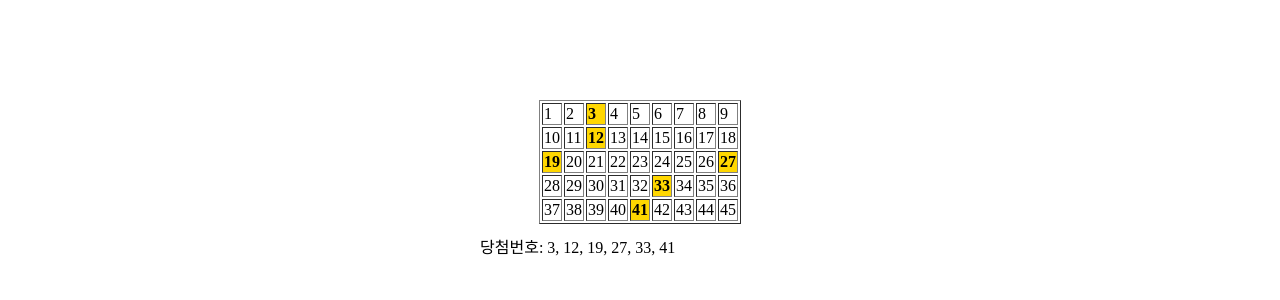
Repository: kkw3202/Jsp2026
Page: http://localhost/chapter01/example_lotto.jsp
An editor plug-in stored every save of this project. The page is shown before and after the next save, followed by the edit.
The browser window is 1280 px wide. The pictures show the whole page.
The page is served by Tomcat 9.

Above is the page before, as saved 2026-10-16 06:36:09.

### chapter01/src/main/webapp/example_lotto.jsp
<%@ page language="java" contentType="text/html; charset=UTF-8"
    pageEncoding="UTF-8" import="java.util.*"%>
<!DOCTYPE html>
<html>
<head>
<meta charset="UTF-8">
<title>Insert title here</title>
</head>
<body>
	<%!
	int[] winNums = {3, 12, 19, 27, 33, 41};
	public boolean isWinning(int num){

		boolean result = false;

		for(int a : winNums){
			if(a == num) result = true;
		}

		return result;
	}
	%>
	<table border="1px" style="margin: 100px auto 10px auto" >
		<tbody>
			<%
			int numPrt = 0;
			for(int i = 0; i<5; i++){
				out.print("<tr>");
				for(int j = 0; j<9; j++){
					numPrt++;
				%>
					<td style="background-color: <%= isWinning(numPrt) ? "gold; font-weight: bold" : "inherit"%>"><%= numPrt %></td>
				<%
				}
				out.print("</tr>");
			}
			%>
		</tbody>
	</table>
	<p style="display:block; margin: 0px auto; width: 320px;">당첨번호:
	<%
	for(int i =0; i<winNums.length; i++) {
		if(i!=winNums.length-1) out.print(winNums[i] + ", ");
		else out.print(winNums[i]);
	}
	%></p>

</body>
</html>

After the next save:
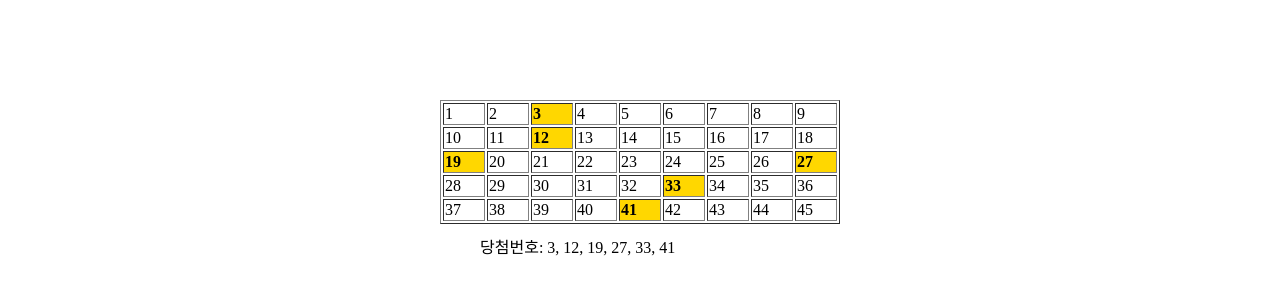
Saved 20 s later.
--- a/chapter01/src/main/webapp/example_lotto.jsp
+++ b/chapter01/src/main/webapp/example_lotto.jsp
@@ -20,7 +20,7 @@
 		return result;
 	}
 	%>
-	<table border="1px" style="margin: 100px auto 10px auto" >
+	<table border="1px" style="margin: 100px auto 10px auto; width: 400px" >
 		<tbody>
 			<%
 			int numPrt = 0;
